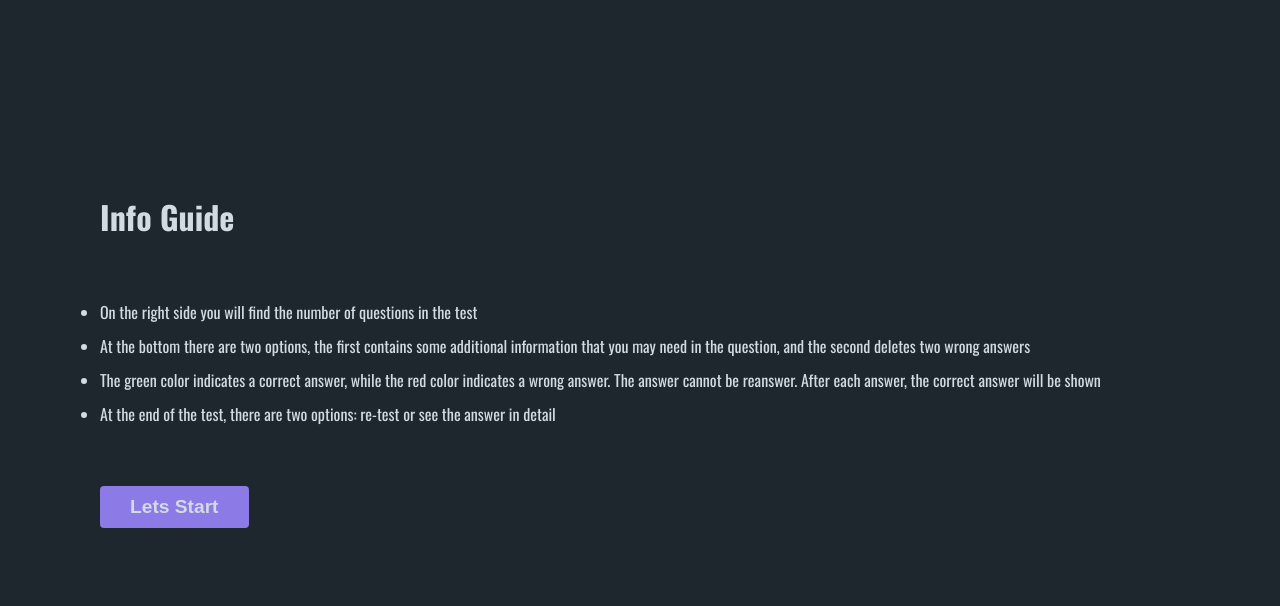
Repository: abdelrahmanahmed20021/Quiz-Platform
Page: index.html
An editor plug-in stored every save of this project. The page is shown before and after the next save, followed by the edit.
The browser window is 1280 px wide. The pictures show the whole page.

Above is the page before, as saved 2023-01-12 00:51:23.
Console error: TypeError: Cannot read properties of null (reading 'addEventListener')

### index.html
<!DOCTYPE html>
<html lang="en">

    <head>
        <!-- ======== Meta =========== -->
        <meta charset="UTF-8">
        <meta http-equiv="X-UA-Compatible" content="IE=edge">
        <meta name="viewport" content="width=device-width, initial-scale=1.0">
        <title>Question || Platform</title>
        <!-- ======== Links =========== -->
        <link rel="stylesheet" href="./styles/index.css">
        <link rel="stylesheet" href="./styles/responsive.css">
        <!-- ======== Links =========== -->
    </head>

    <body>
        <div class="black-wolf">
            <h1>Info Guide</h1>
            <ul>
                <li>On the right side you will find the number of questions in the test</li>
                <li>At the bottom there are two options, the first contains some additional information that you may need in the question, and the second deletes two wrong answers</li>
                <li>The green color indicates a correct answer, while the red color indicates a wrong answer. The answer cannot be reanswer. After each answer, the correct answer will be shown</li>
                <li>At the end of the test, there are two options: re-test or see the answer in detail</li>
            </ul>
            <button>Lets Start</button>
        </div>
        <div id="poper_img" class="hide_poper">
            <img class="src_quesion_img" src="" alt="">
            <span class="poper_deleter">X</span>
            <h1></h1>
        </div>
        <section>
            <div class="audio_cotroll">
                <audio src="./assets/1.mp3" class="audio"></audio>
                <img src="./assets/play.svg" alt="">
                <img src="./assets/stop.svg" class="active" alt="">
            </div>
            <div class="container_1">
                <div class="start_btn flex">
                    <button class="description description_hidde">See Explanation</button>
                    <button id="start_quest" class="hover">Start</button>
                </div>
                <span class="quest_index border"></span>
                <div class="quest_content">
                    <div class="quset_cont flex border"></div>
                    <div class="box flex">
                        <div class="answers flex">
                            <span class="answer border hover" answer='a'></span>
                            <span class="answer border hover" answer='b'></span>
                            <span class="answer border hover" answer='c'></span>
                            <span class="answer border hover" answer='d'></span>
                        </div>
                    </div>
                </div>
            </div>

            <div class="container_2">
                <div class="quest_index_num border flex"></div>
                <div class="icons_helper flex">
                    <div class="remove_2 border flex hover">0.5</div>
                    <div class="google border poper_appender hover flex">Info</div>
                </div>
            </div>
        </section>
        <script type="module" src="./script/index.js"></script>
    </body>

</html>

### styles/index.css
/* ========= Import || Font ||  ========= */
@import url('https://fonts.googleapis.com/css2?family=Oswald:wght@200;300;400;500;600;700&display=swap');
/* ========= Import || Font ||  ========= */




/* ========= Set || Variables ||  ========= */
:root {
    --mainColor: #1e272e;
    --primaryColor: #d2dae2;
    --lightColor: #8c7ae6;
    --greenColor: #218c74;
    --redColor: #b33939;
    --mainFont: 'Oswald', sans-serif;
    --mainPadding: 40px;
    --primaryPadding: 20px;
    --mainFontSize: 1.2rem;
    --primaryFontSize: .72rem;
    --mainFontWigth: 500;
    --primaryFontWigth: 700;
}

/* ========= Set || Variables ||  ========= */




/* ========= Golbal || Styles ||  ========= */
*>*,
*::after,
*::before {
    padding: 0;
    margin: 0;
    box-sizing: border-box;
    transition: all .5s ease-in-out;
    user-select: none;
    user-zoom: none;
    -webkit-user-drag: none;
}

body {
    background-color: var(--mainColor);
    font-family: var(--mainFont);
}

.flex {
    display: flex;
    align-items: center;
    justify-content: center;
}

.box {
    height: 50%;
}

.border {
    border: 2px solid var(--lightColor);
    border-radius: 10px;
}

.hover:hover {
    background-color: var(--lightColor) !important;
    color: var(--primaryColor) !important;
}

.hover_min_width:active {
    background-color: var(--lightColor) !important;
    color: var(--primaryColor) !important;
}

::-webkit-scrollbar {
    width: 5px;
}

::-webkit-scrollbar-thumb {
    background-color: var(--greenColor);
    border-radius: 10px;
}

/* ========= Golbal || Styles ||  ========= */



/* ========= Main || ElE || Styles ||  ========= */
body>section {
    display: flex;
    height: 100vh;
    padding: 30px;
}

body>section .container_1 {
    width: 70%;
    height: 100%;
}

body>section .container_2 {
    width: 30%;
    height: 100%;
    overflow: hidden;
}

body>section .container_1 .start_btn {
    height: 35%;
    gap: 30px;
}

/* ========= Main || ElE || Styles ||  ========= */

/* ========= Audio || Styles ||  ========= */

body>section>.audio_cotroll {
    position: relative;
}

body>section>.audio_cotroll img {
    top: 0;
    left: 0;
    cursor: pointer;
    position: absolute;
    width: 0;
    height: 0;
    opacity: 0;
}

body>section>.audio_cotroll .active {
    opacity: 1;
    z-index: 100;
    width: auto;
    height: auto;
}

/* ========= Audio || Styles ||  ========= */


/* ========= Container || One || Styles ||  ========= */
body>section .container_1 .start_btn button {
    padding: var(--primaryPadding);
    width: 200px;
    border: 0;
    outline: 0;
    border-radius: 10px;
    font-size: var(--mainFontSize);
    background-color: var(--primaryColor);
    color: var(--lightColor);
    cursor: pointer;
    font-weight: var(--mainFontWigth);
}
body>section .container_1 .start_btn button:hover{
    background-color: var(--lightColor);
    color: var(--mainColor);
}
body>section .container_1 .quest_content {
    height: 65%;
    padding: var(--mainPadding) var(--primaryPadding);
}

body>section .container_1 .quest_content .quset_cont {
    position: relative;
    height: 50%;
    font-size: var(--mainFontSize);
    color: var(--lightColor);
    background-color: transparent;
    padding: 90px;
}
body > #poper_img{
    background-color: #466bdb46;
    backdrop-filter: blur(10px);
    position: fixed;
    top: 0;
    bottom: 0;
    left: 0;
    right: 0;
    z-index: 1000;
    display: flex;
    justify-content: center;
    align-items: center;
}

@media screen and (max-width:675px){
    body > #poper_img img{
        width: 85%;
    }
}

@media screen and (min-width:676px) and (max-width:976px){
    body > #poper_img img{
        width: 90%;
    }
}
body > #poper_img span{
    position: absolute;
    top: 20px;
    left: 20px;
    font-size: 2rem;
    cursor: pointer;
    font-weight: bold;
    font-family: sans-serif;
    color: #e1b12c;
}
body>section .container_1 .quest_index {
    padding: 2px 10px;
    font-size: 16px;
    color: var(--lightColor);
}

body>section .container_1 .quest_content .answers {
    width: 100%;
    justify-content: center;
    flex-wrap: wrap;
}

body>section .container_1 .quest_content .answers span {
    width: 46%;
    margin: 5px;
    min-height: 40px;
    text-align: center;
    padding: 5px 0;
    cursor: pointer;
    color: var(--lightColor);
}


/* ========= Container || One || Styles ||  ========= */




/* ========= Container || Two || Styles ||  ========= */
body>section .container_2 .quest_index_num {
    justify-content: space-between;
    flex-direction: column-reverse;
    min-height: 68%;
    max-height: 68%;
    padding-bottom: 400px;
    margin-bottom: 30px;
    overflow: auto;
}


body>section .container_2 .quest_index_num p {
    display: block;
    width: 100%;
    text-align: center;
    color: var(--primaryColor);
    padding: 15px;
}

body>section .container_2 .quest_index_num .correct_answer {
    background-color: transparent !important;
    color: var(--greenColor) !important;
}

body>section .container_2 .quest_index_num .falsey_answer {
    background-color: transparent !important;
    color: var(--primaryColor) !important;
}

body>section .container_2 .icons_helper {
    justify-content: space-evenly;
    height: 20%;
}

body>section .container_2 .icons_helper .remove_2 {
    width: 80px;
    height: 80px;
    cursor: pointer;
    color: var(--lightColor);
}

body>section .container_2 .icons_helper .google {
    cursor: pointer;
    width: 80px;
    height: 80px;
}

/* ========= Container || Two || Styles ||  ========= */

/* ========= Actives || Class || Styles ||  ========= */
.active_point_quest {
    color: var(--lightColor) !important;
    font-weight: var(--primaryFontWigth);
    font-size: var(--mainFontSize);
}

.falsey_answer {
    background-color: var(--redColor) !important;
    color: var(--lightColor) !important;
}
.falsey_answer_p{
    color: red !important;
}
.correct_answer {
    background-color: var(--greenColor) !important;
    color: var(--lightColor) !important;
}

.hidde_animate_btn {
    transform: scale(0);
    width: 0;
}
.poper_appender{
    color: var(--lightColor);
}
.hide_poper{
    display: none !important;
}
.description_hidde{
    display: none;
}
.black-wolf{
    position: absolute;
    z-index: 1000;
    width: 100%;
    height: 100%;
    background-color: #1e272e;
    color: var(--primaryColor);
    display: flex;
    justify-content: center;
    align-items: flex-start;
    flex-direction: column;
    padding: 100px;
    gap: 50px;
}
.black-wolf ul li{
    margin: 10px 0;
}
.black-wolf button{
    padding: 10px 30px;
    border: 0;
    outline: 0;
    background-color: var(--lightColor);
    font-weight:bold ;
    color: var(--primaryColor);
    font-size: 1.2rem;
    border-radius: 4px;
    cursor: pointer;
}
/* ========= Actives || Class || Styles ||  ========= */

### styles/responsive.css
/* ===========  Tablets || Sizes  =============== */
/* =============== Sm ================ */
@media screen and (min-width:360px) and (max-width:960px) {
    :root {
        --mainPadding: 20px;
        --primaryPadding: 10px;
        --mainFontSize: 1rem;
        --mainFontWigth: 400;
        --primaryFontWigth: 500;
    }

    body>section {
        flex-direction: column;
        padding: 20px 10px;
    }

    body>section .container_1 {
        width: 100%;
        height: 70%;

    }

    body>section .container_1 .start_btn {
        height: 20%;
    }

    body>section .container_2 {
        width: 100%;
        height: 30%;
    }

    body>section .container_2 .quest_index_num {
        min-height: 58%;
        max-height: 58%;
        padding-bottom: 0;
        padding-left: 400px;
    }

    body>section .container_2 .icons_helper {
        justify-content: space-between;
    }

    body>section .container_1 .quest_content .quset_cont {
        padding: 40px;
    }

    body>section .container_1 .quest_content .answers span {
        font-size: var(--primaryFontSize);
        font-weight: var(--primaryFontWigth);
    }

    body>section .container_2 .icons_helper .remove_2 {
        width: 60px;
        height: 60px;
    }

    body>section .container_2 .icons_helper .google {
        width: 60px;
        height: 60px;
    }

}

/* =============== Sm ================ */
/* ===========  Tablets || Sizes  =============== */

### script/index.js
import { data } from './../auth/data.js';
//============= Set || Nodes || ==================>
const audio = document.querySelector('.audio');
const start_quest = document.querySelector('#start_quest');
const quset_cont = document.querySelector('.quset_cont');
const quest_index = document.querySelector('.quest_index');
const answer = document.querySelector('.answers');
const quest_index_num = document.querySelector('.quest_index_num');
const remove_2 = document.querySelector('.remove_2');
const google = document.querySelector('.google');
const answers = document.querySelectorAll('.answer');
const audio_cotroll_img = document.querySelectorAll('.audio_cotroll img');
const description = document.querySelector(".description");
const src_quesion_img = document.querySelector(".src_quesion_img");
const poper_img = document.querySelector("#poper_img");
const poper_img_head = document.querySelector("#poper_img h1");
const poper_deleter = document.querySelector(".poper_deleter");
const black_btn = document.querySelector(".black-btn");
const poper_appender = document.querySelector(".poper_appender");
const black_wolf = document.querySelector(".black-wolf");
const quest_index_answer = document.querySelector(".quest_index_answer");
const sec_screen = document.querySelector(".sec_screen");
const full_screen = document.querySelector(".full_screen");
let start = 0;
let answer_data;
let right_answers = 0;
let unRight_answers = 0;
//============= Set || Nodes || ==================>
//======= Set || classes || =======>
class DrawUi {
    constructor(data, index) {
        this.data = data;
        this.index = index;
        this.state = true;
    }
    //======= Draw || All ||  Content || Ui =======>
    draw() {
        if (this.data != undefined && this.index != undefined) {
            this.stop_Quiz(this.data);
            if (this.state) {
                this.draw_Quest(this.data);
                this.draw_Quest_line(this.data);
            }
        }
        else {
            console.warn('please Enter data src and index of start');
        }
    }
    //======= Draw || All ||  Content || Ui =======>
    //======= Draw || Questions || Answers =======>
    draw_Quest(values) {
        let recust = ['a', 'b', 'c', 'd'];
        quset_cont.innerHTML = `<p>${values[this.index].quest}</p>`;
        src_quesion_img.src = `${values[this.index].img}`;
        if (values[this.index].img != "") {
            poper_img_head.innerText = "";
        }
        else {
            poper_img_head.innerText = "No Image At This Question";
        }
        answers.forEach((ele, index) => {
            ele.innerText = values[this.index][recust[index]];
        });
        quest_index.innerText = `Question : ${this.index + 1}`;
        quest_index_answer.innerText = `SCORE : ${right_answers} / ${values.length}`;
    }
    //======= Draw || Questions || Answers =======>
    //======= Draw || Questions || Lines =======>
    draw_Quest_line(values) {
        const quest_index_num_elements = quest_index_num.children;
        if (quest_index_num_elements.length == 0) {
            values.forEach((ele, index) => {
                quest_index_num.innerHTML += `<p>Q.${index + 1}</p>`;
            });
        }
        Array.from(quest_index_num_elements).forEach(ele => {
            ele.classList.remove('active_point_quest');
        });
        quest_index_num_elements[this.index].classList.add('active_point_quest');
    }
    //======= Draw || Questions || Lines =======>
    //======= Check || Index || Stop "Quiz" =======>
    stop_Quiz(values) {
        if (this.index > values.length - 1) {
            this.state = false;
        }
    }
}
class Checker {
    constructor() {
        this.darwer = new DrawUi(data, start);
        this.quest_index_num = quest_index_num.children;
    }
    //======= Check || All ||  Content || Answers =======>
    main_checker(ele) {
        this.answer_check(this.darwer.data);
        this.line_check(this.darwer.data, ele);
        this.Repeat(this.darwer.data);
    }
    //======= Check || All ||  Content || Answers =======>
    //======= Set|| All ||  Content || Answers =======>
    set_answers(data, state, statement) {
        if (state) {
            answers.forEach(ele => {
                if (ele.getAttribute('answer') != data[this.darwer.index].answer) {
                    ele.classList.add('falsey_answer');
                }
                else {
                    ele.classList.add('correct_answer');
                }
                if (statement) {
                    setTimeout(() => {
                        ele.classList.remove('falsey_answer');
                        ele.classList.remove('correct_answer');
                    }, 1200);
                }
            });
        }
    }
    //======= Set|| All ||  Content || Answers =======>
    //======= Set || All ||  Styles || Answers =======>
    answer_check(data) {
        if (this.darwer.index < data.length && this.darwer.index != data.length - 1) {
            this.set_answers(data, true, true);
        }
        else {
            this.set_answers(data, true, false);
        }
        setTimeout(() => {
            this.darwer.draw();
        }, 1200);
    }
    //======= Set || All ||  Styles || Answers =======>
    //======= Set || All ||  Styles || Answers || Lines =======>
    line_check(data, ele) {
        if (this.darwer.index < data.length) {
            if (ele.getAttribute('answer') == data[this.darwer.index].answer) {
                this.quest_index_num[this.darwer.index].classList.add('correct_answer');
                this.darwer.index++;
                right_answers++;
            }
            else {
                this.quest_index_num[this.darwer.index].classList.add('falsey_answer_p');
                this.darwer.index++;
                unRight_answers++;
            }
        }
    }
    //======= Set || All ||  Styles || Answers || Lines =======>
    //======= Reapet_Quiz || =======>
    Repeat(data) {
        if (this.darwer.index == data.length) {
            start_quest.classList.remove('hidde_animate_btn');
            description === null || description === void 0 ? void 0 : description.classList.remove("description_hidde");
            start_quest.innerText = 'Repeat';
            start_quest.addEventListener('click', () => {
                location.reload();
            });
        }
    }
}
class Delet {
    constructor(ele, data, index) {
        this.ele = ele;
        this.data = data;
        this.index = index;
    }
    swper() {
        if (this.ele.innerText == '0.5') {
            this.get_data();
        }
        else {
            window.open('https://google.com/');
        }
    }
    get_data() {
        this.delete(data);
    }
    delete(data) {
        if (quset_cont.innerText != '') {
            let falsey_data = [];
            Array.from(answers).filter((ele, index) => {
                if (ele.getAttribute('answer') != data[this.index].answer) {
                    falsey_data.push(index);
                }
            });
            answers[falsey_data[0]].innerText = '';
            answers[falsey_data[1]].innerText = '';
        }
    }
}
//======= Set || classes || =======>
//======= Start || Quiz || App =======>
start_quest.addEventListener('click', start_app);
function start_app(e) {
    if (sec_screen.requestFullscreen) {
        sec_screen.requestFullscreen();
        full_screen.innerText = "Close the full page Mode";
    }
    //======= Audio || Controls =======>
    audio.play();
    audio_cotroll_img[1].classList.remove('active');
    audio_cotroll_img[0].classList.add('active');
    //======= Audio || Controls =======>
    //======= Draw || Ui || Class =======>
    const play = new DrawUi(data, start);
    play.draw();
    //======= Draw || Ui || Class =======>
    //======= Checker || In || Chossen =======>
    const chek = new Checker();
    answers.forEach(ele => {
        ele.addEventListener('click', (e) => {
            chek.main_checker(e.target);
            quest_index_num.scrollTop = -45 * (unRight_answers + right_answers);
        });
    });
    //======= Checker || In || Chossen =======>
    //======= Delet || Button || And Event =======>
    e.target.classList.add("hidde_animate_btn");
    e.target.removeEventListener('click', start_app);
    //======= Delet || Button || And Event =======>
    //======= Remove || Two || Answers =======>
    remove_2.addEventListener("click", (e) => {
        const deleter = new Delet(e.target, chek.darwer.data, chek.darwer.index);
        deleter.swper();
    });
    //======= Remove || Two || Answers =======>
    //===== Simple || Animate ========>
    quest_index_num.style.padding = '0';
}
//======= Start || Quiz || App =======>
//======= Audio || Controller || App =======>
audio_cotroll_img.forEach(ele => {
    ele.addEventListener('click', () => {
        if (audio.paused) {
            audio_cotroll_img[1].classList.remove('active');
            audio_cotroll_img[0].classList.add('active');
            audio.play();
        }
        else if (!audio.paused) {
            audio_cotroll_img[1].classList.add('active');
            audio_cotroll_img[0].classList.remove('active');
            audio.pause();
        }
    });
});
//======= Audio || Controller || App =======>
//========= Handel  || Hover  || Effect  || in  || Small  || Deveices ||  ============>
window.addEventListener('resize', () => {
    if (window.innerWidth < 961) {
        const hover = document.querySelectorAll('.hover');
        hover.forEach(ele => {
            ele.classList.add('hover_2');
            ele.classList.remove('hover');
        });
        console.warn('resized to small delet hover');
    }
    else {
        const hover_2 = document.querySelectorAll('.hover_2');
        hover_2.forEach(ele => {
            ele.classList.add('hover');
            ele.classList.remove('hover_2');
        });
        console.warn('resized to Big add hover');
    }
});
//========= Handel  || Hover  || Effect  || in  || Small  || Deveices ||  ============>
poper_deleter === null || poper_deleter === void 0 ? void 0 : poper_deleter.addEventListener("click", () => {
    poper_img.classList.add("hide_poper");
    if (sec_screen.requestFullscreen) {
        sec_screen.requestFullscreen();
    }
});
poper_appender === null || poper_appender === void 0 ? void 0 : poper_appender.addEventListener("click", () => {
    poper_img.classList.remove("hide_poper");
    // if(document.exitFullscreen) {
    //     document.exitFullscreen();
    //   }
});
description === null || description === void 0 ? void 0 : description.addEventListener("click", () => {
    window.location.href = "info.html";
});
black_btn.addEventListener("click", () => {
    black_wolf.style.display = "none";
});
full_screen.addEventListener("click", () => {
    if (full_screen.innerText == "Close the full page Mode") {
        if (document.exitFullscreen) {
            document.exitFullscreen();
            full_screen.innerText = "Active the full page Mode";
        }
    }
    else {
        if (sec_screen.requestFullscreen) {
            sec_screen.requestFullscreen();
            full_screen.innerText = "Close the full page Mode";
        }
    }
});

Loaded but not shown: auth/data.js (318 lines, source omitted)

After the next save:
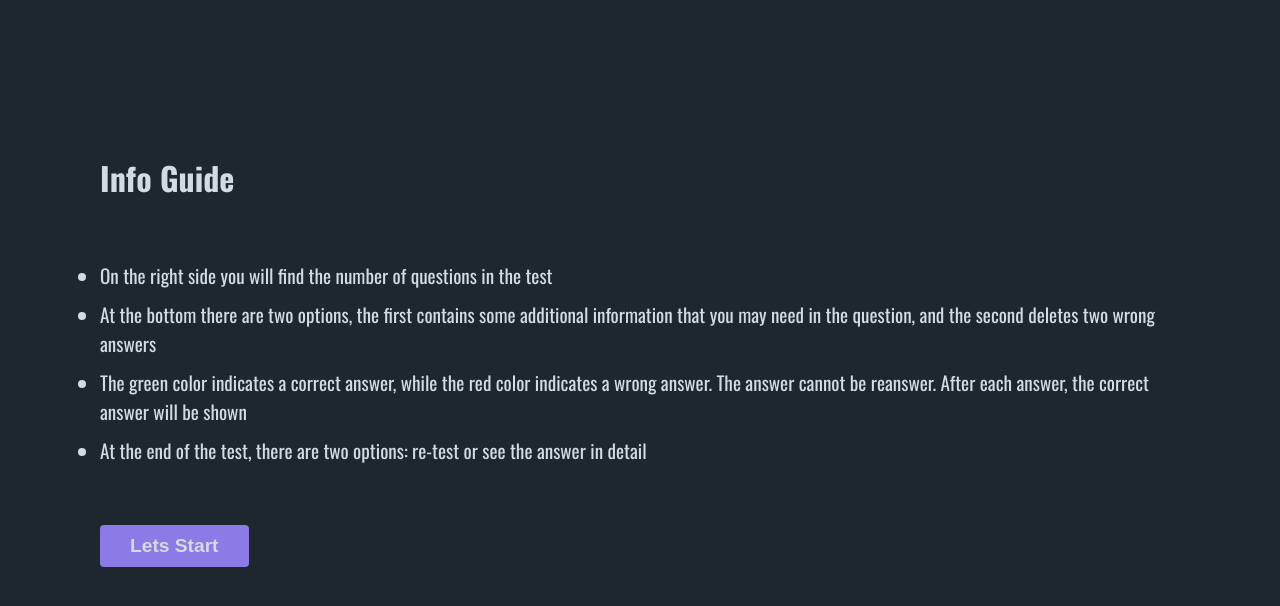
Saved 19 s later.
--- a/styles/index.css
+++ b/styles/index.css
@@ -324,6 +324,7 @@
 }
 .black-wolf ul li{
     margin: 10px 0;
+    font-size: 1.2rem;
 }
 .black-wolf button{
     padding: 10px 30px;

After the save that followed:
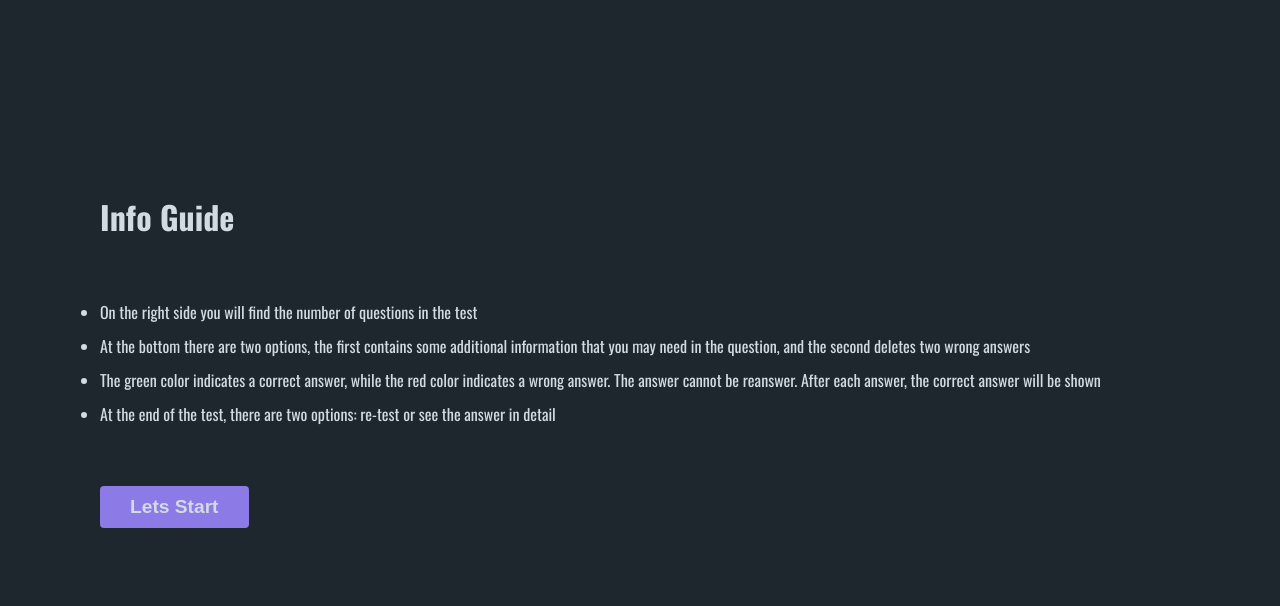
Saved 22 s later.
--- a/styles/index.css
+++ b/styles/index.css
@@ -324,7 +324,6 @@
 }
 .black-wolf ul li{
     margin: 10px 0;
-    font-size: 1.2rem;
 }
 .black-wolf button{
     padding: 10px 30px;
